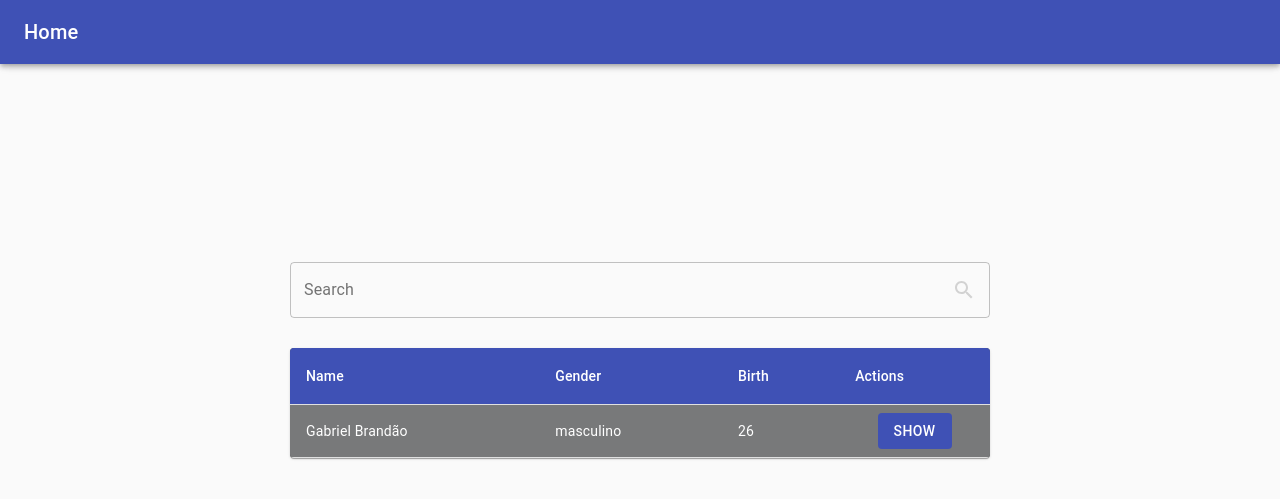
Repository: GabrielBrandaoProjetos/patient-manager
Page: /
These files come from the project's save history. The page is drawn as it stood at one moment and after the next save; the edit follows.
The browser window is 1280 px wide. The pictures show the whole page.
The project was rebuilt for these pictures with package versions that can differ from the ones it lists, and the page was loaded fresh each time.

Above is the page before, as saved 2021-09-14 14:34:36.

### public/index.html
<!DOCTYPE html>
<html lang="en">
  <head>
    <meta charset="utf-8" />
    <meta name="viewport" content="minimum-scale=1, width=device-width, initial-scale=1" />
    <meta name="theme-color" content="#000000" />

    <title>React App</title>
  </head>
  <body>
    <noscript>You need to enable JavaScript to run this app.</noscript>
    <div id="root"></div>
  </body>
</html>

### src/App.tsx
import React from 'react';
import { CssBaseline } from '@material-ui/core';
import { Home } from './pages/Home/Home';


function App() {
  return (
    <>
    <CssBaseline />
    <Home />
    </>
  );
}

export default App;

### src/pages/Home/Home.tsx
import React from 'react';
import { AppBar, Button, FormControl, InputAdornment, InputLabel, OutlinedInput, Paper, Table, TableBody, TableCell, TableContainer, TableHead, TableRow, Toolbar, Typography } from '@material-ui/core';
import {Search} from '@material-ui/icons'
import { createStyles, makeStyles, Theme } from '@material-ui/core/styles';

const useStyles = makeStyles((theme: Theme) =>
  createStyles({
    root: {
      width: '100vw',
      height: '100vh',
      display: 'flex',
      flexDirection: 'column',
      alignItems: 'center',
      justifyContent: 'center',
    },
    title: {
      flexGrow: 1,
    },
    form: {
      maxWidth: 700,
      width: "100%",
    },
    outlinedInput: {

    },
    search: {
      color: "#d2d2d2",
    },
    tableContainer: {
      maxWidth: 700,
      width: "100%",

      marginTop: 30,
      backgroundColor: "#4f5052",
    },
    table: {

    },
    row: {
      color: "white",
      background: "#3f51b5"
    },
    rowBody: {
      '&:nth-of-type(odd)': {
        backgroundColor: "#78797a",
      }
    },
    cell: {
      color: "white",
    },
    actions: {
      padding: 0
    },
  }),
);

export const Home = () => {
  const classes = useStyles();
  return(
    <div className={classes.root}>
      <AppBar>
        <Toolbar>
          <Typography variant="h6" className={classes.title}>
            Home
          </Typography>
        </Toolbar>
      </AppBar>

      <FormControl className={classes.form} variant="outlined">
        <InputLabel htmlFor="outlined-adornment-search">Search</InputLabel>
        <OutlinedInput
          classes={{root: classes.outlinedInput}}
          id="outlined-adornment-search"
          type="search"
          // value={values.password}
          // onChange={handleChange('password')}
          endAdornment={
            <InputAdornment position="end">
              <Search className={classes.search}/>
            </InputAdornment>
          }
          labelWidth={70}
        />
      </FormControl>

      <TableContainer component={Paper} className={classes.tableContainer}>
        <Table className={classes.table} aria-label="simple table">
          <TableHead>
            <TableRow className={classes.row}>
              <TableCell className={classes.cell}>Name</TableCell>
              <TableCell className={classes.cell}>Gender</TableCell>
              <TableCell className={classes.cell}>Birth</TableCell>
              <TableCell className={classes.cell}>Actions</TableCell>
            </TableRow>
          </TableHead>

          <TableBody>
            <TableRow className={classes.rowBody}>
              <TableCell component="th" className={classes.cell}>Gabriel Brandão</TableCell>
              <TableCell className={classes.cell}>masculino</TableCell>
              <TableCell className={classes.cell}>26</TableCell>
              <TableCell align="center" className={classes.actions}>
                <Button variant="contained" color="primary" disableElevation>Show</Button>
              </TableCell>
            </TableRow>

          </TableBody>
        </Table>

      </TableContainer>
    </div>
  )
}

Loaded but not shown: src/index.tsx (common file); src/reportWebVitals.ts (common file)

After the next save:
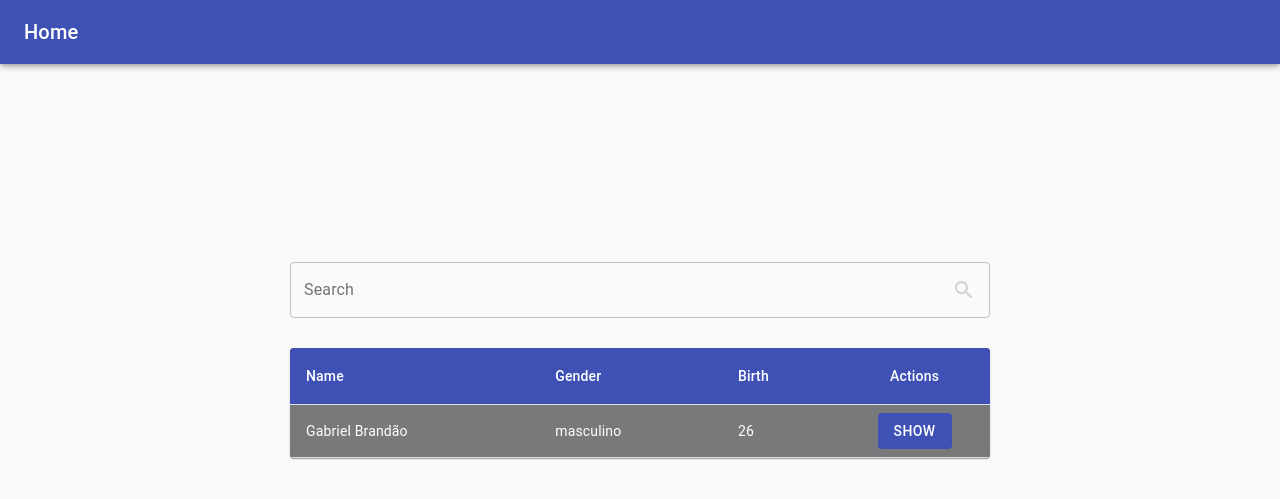
Saved 15 s later.
--- a/src/pages/Home/Home.tsx
+++ b/src/pages/Home/Home.tsx
@@ -90,7 +90,7 @@ export const Home = () => {
               <TableCell className={classes.cell}>Name</TableCell>
               <TableCell className={classes.cell}>Gender</TableCell>
               <TableCell className={classes.cell}>Birth</TableCell>
-              <TableCell className={classes.cell}>Actions</TableCell>
+              <TableCell align="center" className={classes.cell}>Actions</TableCell>
             </TableRow>
           </TableHead>
 
